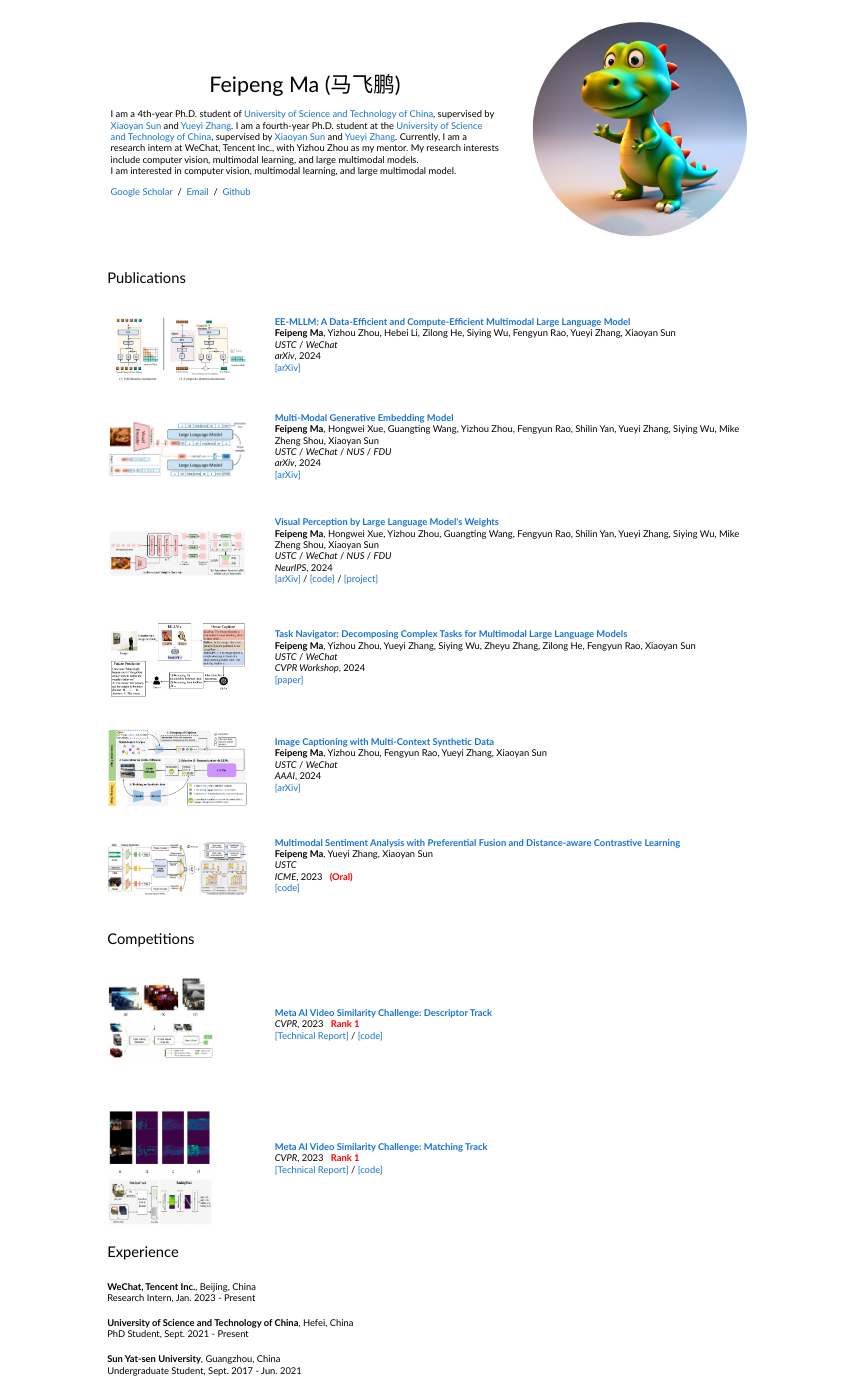
Repository: FeipengMa6/FeipengMa6.github.io
Page: index.html
The author's editor kept a copy of each file at every save. The page is drawn from the files as they stood at one save, then again after a run of saves.
The browser window is 1280 px wide. The pictures show the whole page, at 67% of full size.

Above is the page before, as saved 2024-10-11 17:55:36.

### index.html
<!DOCTYPE HTML>
<html lang="en">
  <head>
    <meta http-equiv="Content-Type" content="text/html; charset=UTF-8">
    <title>Feipeng Ma</title>
    <meta name="viewport" content="width=device-width, initial-scale=1">
    <link rel="stylesheet" type="text/css" href="stylesheet.css">
  </head>

  <body>
    <table style="width:100%;max-width:1000px;border:0px;border-spacing:0px;border-collapse:separate;margin-right:auto;margin-left:auto;"><tbody>
      <tr style="padding:0px">
        <td style="padding:0px">
          <table style="width:100%;border:0px;border-spacing:0px;border-collapse:separate;margin-right:auto;margin-left:auto;"><tbody>
            <tr style="padding:0px">
              <td style="padding:2.5%;width:63%;vertical-align:middle">
                <p class="name" style="text-align: center;">
                  Feipeng Ma (马飞鹏)
                </p>
                <p>
                I am a 4th-year Ph.D. student of <a href="https://en.ustc.edu.cn/">University of Science and Technology of China</a>, supervised by <a href="https://scholar.google.com/citations?user=VRG3dw4AAAAJ&hl=zh-CN">Xiaoyan Sun</a> and <a href="https://scholar.google.com/citations?user=LatWlFAAAAAJ&hl=zh-CN&oi=ao">Yueyi Zhang</a>.
                I am a fourth-year Ph.D. student at the <a href="https://en.ustc.edu.cn/">University of Science and Technology of China</a>, supervised by <a href="https://scholar.google.com/citations?user=VRG3dw4AAAAJ&hl=zh-CN">Xiaoyan Sun</a> and <a href="https://scholar.google.com/citations?user=LatWlFAAAAAJ&hl=zh-CN&oi=ao">Yueyi Zhang</a>. Currently, I am a research intern at WeChat, Tencent Inc., with Yizhou Zhou as my mentor. My research interests include computer vision, multimodal learning, and large multimodal models.
                <br>
                I am interested in computer vision, multimodal learning, and large multimodal model.
                </p>
                <p style="text-align:left">
                  <a href="https://scholar.google.com/citations?user=ZDxabCwAAAAJ&hl=zh-CN&oi=ao">Google Scholar</a> &nbsp;/&nbsp;
                  <a href="mafp@mail.ustc.edu.cn">Email</a> &nbsp;/&nbsp;
                  <a href="https://github.com/FeipengMa6/">Github</a>
                </p>
              </td>
              <td style="padding:2.5%;width:40%;max-width:40%">
                <a href="images/feipengma.jpeg"><img style="width:100%;max-width:100%;object-fit: cover; border-radius: 50%;" alt="profile photo" src="images/dino.png" class="hoverZoomLink"></a>
              </td>
            </tr>
          </tbody></table>
          <table style="width:100%;border:0px;border-spacing:0px;border-collapse:separate;margin-right:auto;margin-left:auto;"><tbody>
              <tr>
              <td style="padding:20px;width:100%;vertical-align:middle">
                <h2>Publications</h2>
              </td>
            </tr>
          </tbody></table>
          <table style="width:100%;border:0px;border-spacing:0px;border-collapse:separate;margin-right:auto;margin-left:auto;"><tbody>

    <!-- EE-MLLM -->
    <tr>
      <td style="padding:20px;width:25%;vertical-align:middle">
        <div class="one;">
          <img src='images/EE-MLLM.png' width=100%; height="auto">
        </div>
      </td>
      <td style="padding:20px;width:75%;vertical-align:middle">
        <a href="https://arxiv.org/pdf/2408.11795">
          <span class="papertitle">EE-MLLM: A Data-Efficient and Compute-Efficient Multimodal Large Language Model</span>
        </a>
        <br>
        <strong>Feipeng Ma</strong>,
        Yizhou Zhou, Hebei Li, Zilong He, Siying Wu,
        Fengyun Rao, Yueyi Zhang, Xiaoyan Sun
        <br>
        <em>USTC</em> / <em>WeChat</em>
        <br>
        <em>arXiv</em>, 2024
        <br>
        <a href="https://arxiv.org/pdf/2408.11795">[arXiv]</a>
        <p></p>
      </td>
    </tr>

    <!-- MM-GEM -->
    <tr>
      <td style="padding:20px;width:25%;vertical-align:middle">
        <div class="one;">
          <img src='images/mm-gem.png' width=100%; height="auto">
        </div>
      </td>
      <td style="padding:20px;width:75%;vertical-align:middle">
        <a href="https://arxiv.org/pdf/2405.19333">
          <span class="papertitle">Multi-Modal Generative Embedding Model</span>
        </a>
        <br>
        <strong>Feipeng Ma</strong>,
        Hongwei Xue, Guangting Wang, Yizhou Zhou, Fengyun Rao, Shilin Yan, Yueyi Zhang, Siying Wu, Mike Zheng Shou, Xiaoyan Sun
        <br>
        <em>USTC</em> / <em>WeChat</em> / <em>NUS</em> / <em>FDU</em>
        <br>
        <em>arXiv</em>, 2024
        <br>
        <a href="https://arxiv.org/pdf/2405.19333">[arXiv]</a>
        <p></p>
      </td>
    </tr>

    <!-- VLoRA -->
    <tr>
      <td style="padding:20px;width:25%;vertical-align:middle">
        <div class="one;">
          <img src='images/vlora.png' width=100%; height="auto">
        </div>
      </td>
      <td style="padding:20px;width:75%;vertical-align:middle">
        <a href="https://arxiv.org/pdf/2405.20339">
          <span class="papertitle">Visual Perception by Large Language Model's Weights</span>
        </a>
        <br>
        <strong>Feipeng Ma</strong>,
        Hongwei Xue, Yizhou Zhou, Guangting Wang, Fengyun Rao, Shilin Yan, Yueyi Zhang, Siying Wu, Mike Zheng Shou, Xiaoyan Sun
        <br>
        <em>USTC</em> / <em>WeChat</em> / <em>NUS</em> / <em>FDU</em>
        <br>
        <em>NeurIPS</em>, 2024
        <br>
        <a href="https://arxiv.org/pdf/2405.20339">[arXiv]</a>
        /
        <a href="https://github.com/FeipengMa6/VLoRA">[code]</a>
        /
        <a href="https://feipengma6.github.io/vlora">[project]</a>
        <p></p>
      </td>
    </tr>

    <!-- Task Navigator -->
    <tr>
      <td style="padding:20px;width:25%;vertical-align:middle">
        <div class="one;">
          <img src='images/task-navigator.png' width=100%; height="auto">
        </div>
      </td>
      <td style="padding:20px;width:75%;vertical-align:middle">
        <a href="https://arxiv.org/pdf/2305.18072.pdf">
          <span class="papertitle">Task Navigator: Decomposing Complex Tasks for Multimodal Large Language Models</span>
        </a>
        <br>
        <strong>Feipeng Ma</strong>,
        Yizhou Zhou, Yueyi Zhang, Siying Wu, Zheyu Zhang, Zilong He, Fengyun Rao, Xiaoyan Sun
        <br>
        <em>USTC</em> / <em>WeChat</em>
        <br>
        <em>CVPR Workshop</em>, 2024
        <br>
        <a href="https://openaccess.thecvf.com/content/CVPR2024W/MAR/papers/Ma_Task_Navigator_Decomposing_Complex_Tasks_for_Multimodal_Large_Language_Models_CVPRW_2024_paper.pdf">[paper]</a>
        <p></p>
      </td>
    </tr>

    <!-- ICSD -->
    <tr>
      <td style="padding:20px;width:25%;vertical-align:middle">
        <div class="one;">
          <img src='images/ICSD.png' width=100%; height="auto">
        </div>
      </td>
      <td style="padding:20px;width:75%;vertical-align:middle">
        <a href="https://arxiv.org/pdf/2305.18072.pdf">
          <span class="papertitle">Image Captioning with Multi-Context Synthetic Data</span>
        </a>
        <br>
        <strong>Feipeng Ma</strong>,
        Yizhou Zhou, Fengyun Rao, Yueyi Zhang, Xiaoyan Sun
        <br>
        <em>USTC</em> / <em>WeChat</em>
        <br>
        <em>AAAI</em>, 2024
        <br>
        <a href="https://arxiv.org/abs/2312.07541">[arXiv]</a>

        <p></p>
        <!-- <p>
          We propose a pipeline called ICSD that generates multi-context training data by combining LLMs and diffusion
          models for image captioning.
        </p> -->
      </td>
    </tr>

    <!-- PriSA -->
    <tr>
      <td style="padding:20px;width:25%;vertical-align:middle">
        <div class="one;">
          <img src='images/PriSA.png' width="100%"; height="auto">
        </div>
      </td>
      <td style="padding:20px;width:75%;vertical-align:middle">
        <a href="https://arxiv.org/abs/2006.04902">
          <span class="papertitle">Multimodal Sentiment Analysis with Preferential Fusion and Distance-aware Contrastive Learning</span>
        </a>
        <br>
        <strong>Feipeng Ma</strong>,
        Yueyi Zhang, Xiaoyan Sun
        <br>
        <em>USTC</em>
        <br>
        <em>ICME</em>, 2023 &nbsp <font color="red"><strong>(Oral)</strong></font>
        <br>
        <a href="https://github.com/FeipengMa6/PriSA">[code]</a>
        <br>
        <p></p>
        <p>
          <!-- We address the issue that an excessive reliance on the text modality may lead to the learning of false correlations between textual tokens and sentiment labels, resulting in errors in sentiment analysis. -->
        </p>
      </td>
    </tr>



    <table style="width:100%;border:0px;border-spacing:0px;border-collapse:separate;margin-right:auto;margin-left:auto;"><tbody>
      <tr>
      <td style="padding:20px;width:100%;vertical-align:middle">
        <h2>Competitions</h2>
      </td>
    </tr>
  </tbody></table>
  <table style="width:100%;border:0px;border-spacing:0px;border-collapse:separate;margin-right:auto;margin-left:auto;"><tbody>

    <tr>
      <td style="padding:20px;width:25%;vertical-align:middle">
        <div class="one">
            <img src='images/VSC_Descriptor.png' width="100%"; height="auto"></div>
      </td>
      <td style="padding:20px;width:75%;vertical-align:middle">
        <a href="https://arxiv.org/abs/2006.04902">
          <span class="papertitle">Meta AI Video Similarity Challenge: Descriptor Track</span>
        </a>


        <br>
        <em>CVPR</em>, 2023 &nbsp <font color="red"><strong>Rank 1</strong></font>
        <br>
        <a href="https://arxiv.org/pdf/2305.12361.pdf">[Technical Report]</a>
        /
        <a href="https://github.com/FeipengMa6/VSC22-Submission">[code]</a>
        <!-- / -->
        <!-- <a href="https://www.youtube.com/watch?v=zhO8iUBpnCc">video</a> -->
        <br>
        <p></p>

      </td>
    </tr>


    <tr>
      <td style="padding:20px;width:25%;vertical-align:middle">
        <div class="one">
            <img src='images/VSC_Matching.png' width="100%"; height="auto"></div>
      </td>
      <td style="padding:20px;width:75%;vertical-align:middle">
        <a href="https://arxiv.org/abs/2006.04902">
          <span class="papertitle">Meta AI Video Similarity Challenge: Matching Track</span>
        </a>


        <br>
        <em>CVPR</em>, 2023 &nbsp <font color="red"><strong>Rank 1</strong></font>
        <br>
        <a href="https://arxiv.org/pdf/2305.15679.pdf">[Technical Report]</a>
        /
        <a href="https://github.com/FeipengMa6/VSC22-Submission">[code]</a>
        <!-- / -->
        <!-- <a href="https://www.youtube.com/watch?v=zhO8iUBpnCc">video</a> -->
        <br>
        <p></p>

      </td>
    </tr>

    <table style="width:100%;border:0px;border-spacing:0px;border-collapse:separate;margin-right:auto;margin-left:auto;"><tbody></tbody>
      <tr>
      <td style="padding:20px;width:100%;vertical-align:middle">
        <h2>Experience</h2>
      </td>
    </tr>
  </tbody></table>
  <table style="width:100%;border:0px;border-spacing:0px;border-collapse:separate;margin-right:auto;margin-left:auto;"><tbody>

  <tr>
    <td style="padding:10px 20px;vertical-align:middle">
      <strong>WeChat, Tencent Inc.</strong>, Beijing, China
      <br>
      Research Intern, Jan. 2023 - Present
    </td>
  </tr>

  <tr></tr>
    <td style="padding:10px 20px;vertical-align:middle">
      <strong>University of Science and Technology of China</strong>, Hefei, China
      <br>
      PhD Student, Sept. 2021 - Present
    </td>
  </tr>

  <tr></tr>
    <td style="padding:10px 20px;vertical-align:middle">
      <strong>Sun Yat-sen University</strong>, Guangzhou, China
      <br>
      Undergraduate Student, Sept. 2017 - Jun. 2021
    </td>
  </tr>

### stylesheet.css
/* latin-ext */
@font-face {
  font-family: 'Lato';
  font-style: italic;
  font-weight: 400;
  src: local('Lato Italic'), local('Lato-Italic'), url(https://fonts.gstatic.com/s/lato/v15/S6u8w4BMUTPHjxsAUi-qNiXg7eU0.woff2) format('woff2');
  unicode-range: U+0100-024F, U+0259, U+1E00-1EFF, U+2020, U+20A0-20AB, U+20AD-20CF, U+2113, U+2C60-2C7F, U+A720-A7FF;
}
/* latin */
@font-face {
  font-family: 'Lato';
  font-style: italic;
  font-weight: 400;
  src: local('Lato Italic'), local('Lato-Italic'), url(https://fonts.gstatic.com/s/lato/v15/S6u8w4BMUTPHjxsAXC-qNiXg7Q.woff2) format('woff2');
  unicode-range: U+0000-00FF, U+0131, U+0152-0153, U+02BB-02BC, U+02C6, U+02DA, U+02DC, U+2000-206F, U+2074, U+20AC, U+2122, U+2191, U+2193, U+2212, U+2215, U+FEFF, U+FFFD;
}
/* latin-ext */
@font-face {
  font-family: 'Lato';
  font-style: italic;
  font-weight: 700;
  src: local('Lato Bold Italic'), local('Lato-BoldItalic'), url(https://fonts.gstatic.com/s/lato/v15/S6u_w4BMUTPHjxsI5wq_FQftx9897sxZ.woff2) format('woff2');
  unicode-range: U+0100-024F, U+0259, U+1E00-1EFF, U+2020, U+20A0-20AB, U+20AD-20CF, U+2113, U+2C60-2C7F, U+A720-A7FF;
}
/* latin */
@font-face {
  font-family: 'Lato';
  font-style: italic;
  font-weight: 700;
  src: local('Lato Bold Italic'), local('Lato-BoldItalic'), url(https://fonts.gstatic.com/s/lato/v15/S6u_w4BMUTPHjxsI5wq_Gwftx9897g.woff2) format('woff2');
  unicode-range: U+0000-00FF, U+0131, U+0152-0153, U+02BB-02BC, U+02C6, U+02DA, U+02DC, U+2000-206F, U+2074, U+20AC, U+2122, U+2191, U+2193, U+2212, U+2215, U+FEFF, U+FFFD;
}
/* latin-ext */
@font-face {
  font-family: 'Lato';
  font-style: normal;
  font-weight: 400;
  src: local('Lato Regular'), local('Lato-Regular'), url(https://fonts.gstatic.com/s/lato/v15/S6uyw4BMUTPHjxAwXiWtFCfQ7A.woff2) format('woff2');
  unicode-range: U+0100-024F, U+0259, U+1E00-1EFF, U+2020, U+20A0-20AB, U+20AD-20CF, U+2113, U+2C60-2C7F, U+A720-A7FF;
}
/* latin */
@font-face {
  font-family: 'Lato';
  font-style: normal;
  font-weight: 400;
  src: local('Lato Regular'), local('Lato-Regular'), url(https://fonts.gstatic.com/s/lato/v15/S6uyw4BMUTPHjx4wXiWtFCc.woff2) format('woff2');
  unicode-range: U+0000-00FF, U+0131, U+0152-0153, U+02BB-02BC, U+02C6, U+02DA, U+02DC, U+2000-206F, U+2074, U+20AC, U+2122, U+2191, U+2193, U+2212, U+2215, U+FEFF, U+FFFD;
}
/* latin-ext */
@font-face {
  font-family: 'Lato';
  font-style: normal;
  font-weight: 700;
  src: local('Lato Bold'), local('Lato-Bold'), url(https://fonts.gstatic.com/s/lato/v15/S6u9w4BMUTPHh6UVSwaPGQ3q5d0N7w.woff2) format('woff2');
  unicode-range: U+0100-024F, U+0259, U+1E00-1EFF, U+2020, U+20A0-20AB, U+20AD-20CF, U+2113, U+2C60-2C7F, U+A720-A7FF;
}
/* latin */
@font-face {
  font-family: 'Lato';
  font-style: normal;
  font-weight: 700;
  src: local('Lato Bold'), local('Lato-Bold'), url(https://fonts.gstatic.com/s/lato/v15/S6u9w4BMUTPHh6UVSwiPGQ3q5d0.woff2) format('woff2');
  unicode-range: U+0000-00FF, U+0131, U+0152-0153, U+02BB-02BC, U+02C6, U+02DA, U+02DC, U+2000-206F, U+2074, U+20AC, U+2122, U+2191, U+2193, U+2212, U+2215, U+FEFF, U+FFFD;
}

a {
  color: #1772d0;
  text-decoration: none;
}

a:focus,
a:hover {
  color: #f09228;
  text-decoration: none;
}

body,
td,
th,
tr,
p,
a {
  font-family: 'Lato', Verdana, Helvetica, sans-serif;
  font-size: 14px;
}

strong {
  font-family: 'Lato', Verdana, Helvetica, sans-serif;
  font-size: 14px;
}

h2 {
  margin: 0;
  font-weight: normal;
  font-family: 'Lato', Verdana, Helvetica, sans-serif;
  font-size: 22px;
}

.papertitle {
  font-family: 'Lato', Verdana, Helvetica, sans-serif;
  font-size: 14px;
  font-weight: 700;
}

.name {
  padding-top: 20px;
  margin: 0;
  font-family: 'Lato', Verdana, Helvetica, sans-serif;
  font-size: 32px;
}

.one {
  width: 160px;
  height: 160px;
  position: relative;
}

.two {
  width: 160px;
  height: 160px;
  position: absolute;
  transition: opacity .2s ease-in-out;
  -moz-transition: opacity .2s ease-in-out;
  -webkit-transition: opacity .2s ease-in-out;
}

.fade {
  transition: opacity .2s ease-in-out;
  -moz-transition: opacity .2s ease-in-out;
  -webkit-transition: opacity .2s ease-in-out;
}

span.highlight {
  background-color: #ffffd0;
}

After the next 2 saves:
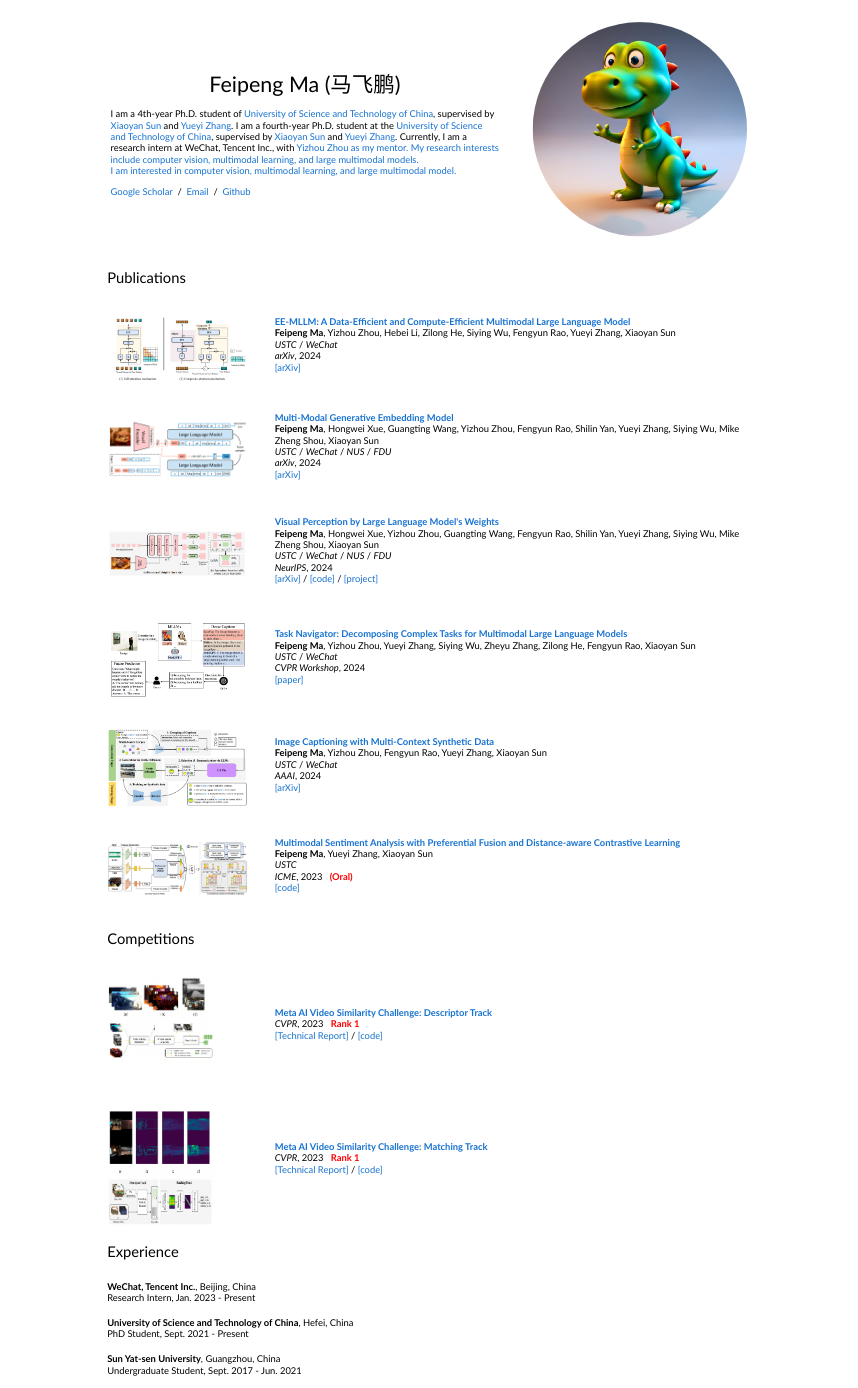
The 2 saves are shown as one change because they came seconds apart.
The last was saved 116 s later.
--- a/index.html
+++ b/index.html
@@ -19,7 +19,7 @@
                 </p>
                 <p>
                 I am a 4th-year Ph.D. student of <a href="https://en.ustc.edu.cn/">University of Science and Technology of China</a>, supervised by <a href="https://scholar.google.com/citations?user=VRG3dw4AAAAJ&hl=zh-CN">Xiaoyan Sun</a> and <a href="https://scholar.google.com/citations?user=LatWlFAAAAAJ&hl=zh-CN&oi=ao">Yueyi Zhang</a>.
-                I am a fourth-year Ph.D. student at the <a href="https://en.ustc.edu.cn/">University of Science and Technology of China</a>, supervised by <a href="https://scholar.google.com/citations?user=VRG3dw4AAAAJ&hl=zh-CN">Xiaoyan Sun</a> and <a href="https://scholar.google.com/citations?user=LatWlFAAAAAJ&hl=zh-CN&oi=ao">Yueyi Zhang</a>. Currently, I am a research intern at WeChat, Tencent Inc., with Yizhou Zhou as my mentor. My research interests include computer vision, multimodal learning, and large multimodal models.
+                I am a fourth-year Ph.D. student at the <a href="https://en.ustc.edu.cn/">University of Science and Technology of China</a>, supervised by <a href="https://scholar.google.com/citations?user=VRG3dw4AAAAJ&hl=zh-CN">Xiaoyan Sun</a> and <a href="https://scholar.google.com/citations?user=LatWlFAAAAAJ&hl=zh-CN&oi=ao">Yueyi Zhang</a>. Currently, I am a research intern at WeChat, Tencent Inc., with <a href="https://scholar.google.com/citations?user=dHBNmSkAAAAJ&hl=zh-CN&oi=ao">Yizhou Zhou as my mentor. My research interests include computer vision, multimodal learning, and large multimodal models.
                 <br>
                 I am interested in computer vision, multimodal learning, and large multimodal model.
                 </p>
